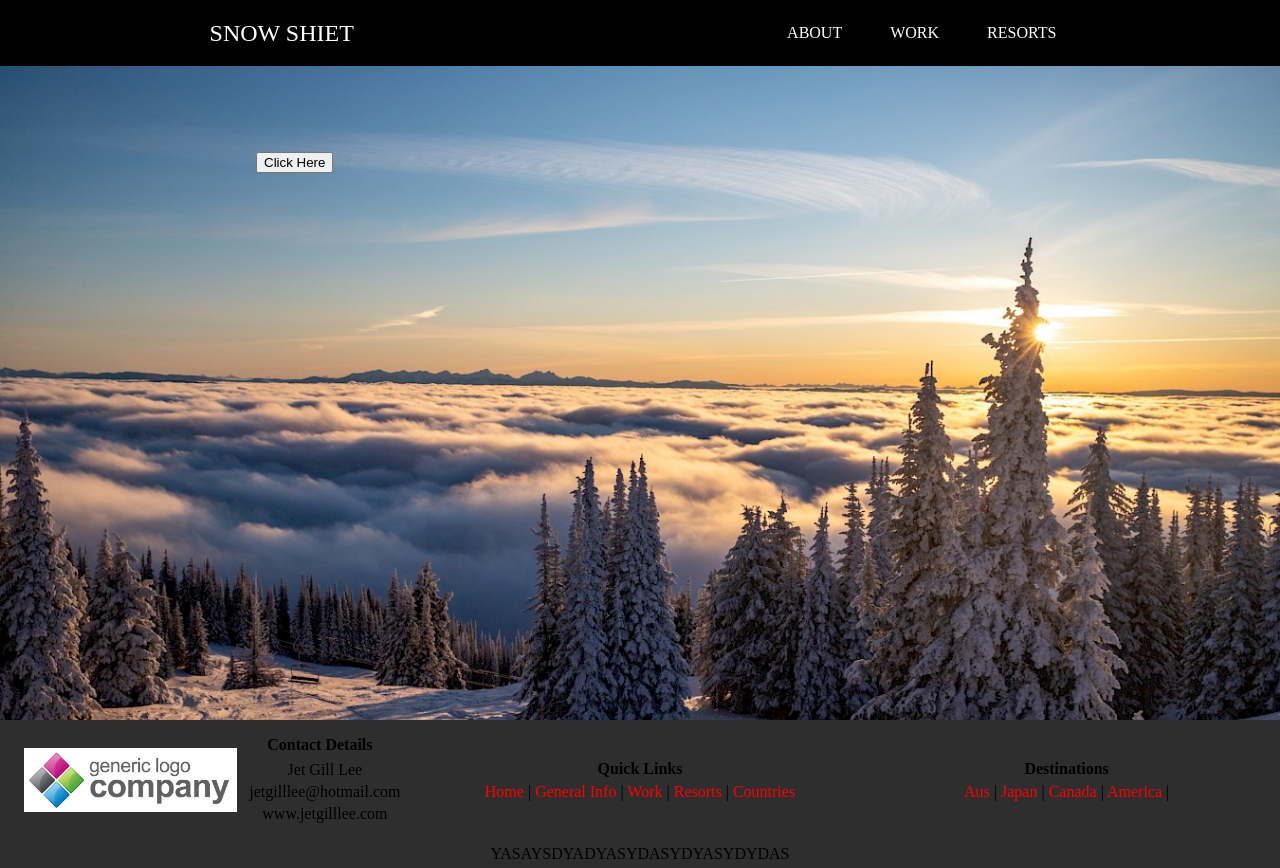
Repository: Jet-Gill-Lee/SnowSite
Page: index.html
These files come from the project's save history. The page is drawn as it stood at one moment and after the next save; the edit follows.
The browser window is 1280 px wide. The pictures show the whole page.

Above is the page before, as saved 2021-07-24 18:28:33.
Console error: TypeError: Cannot read properties of null (reading 'addEventListener')

After the next save:
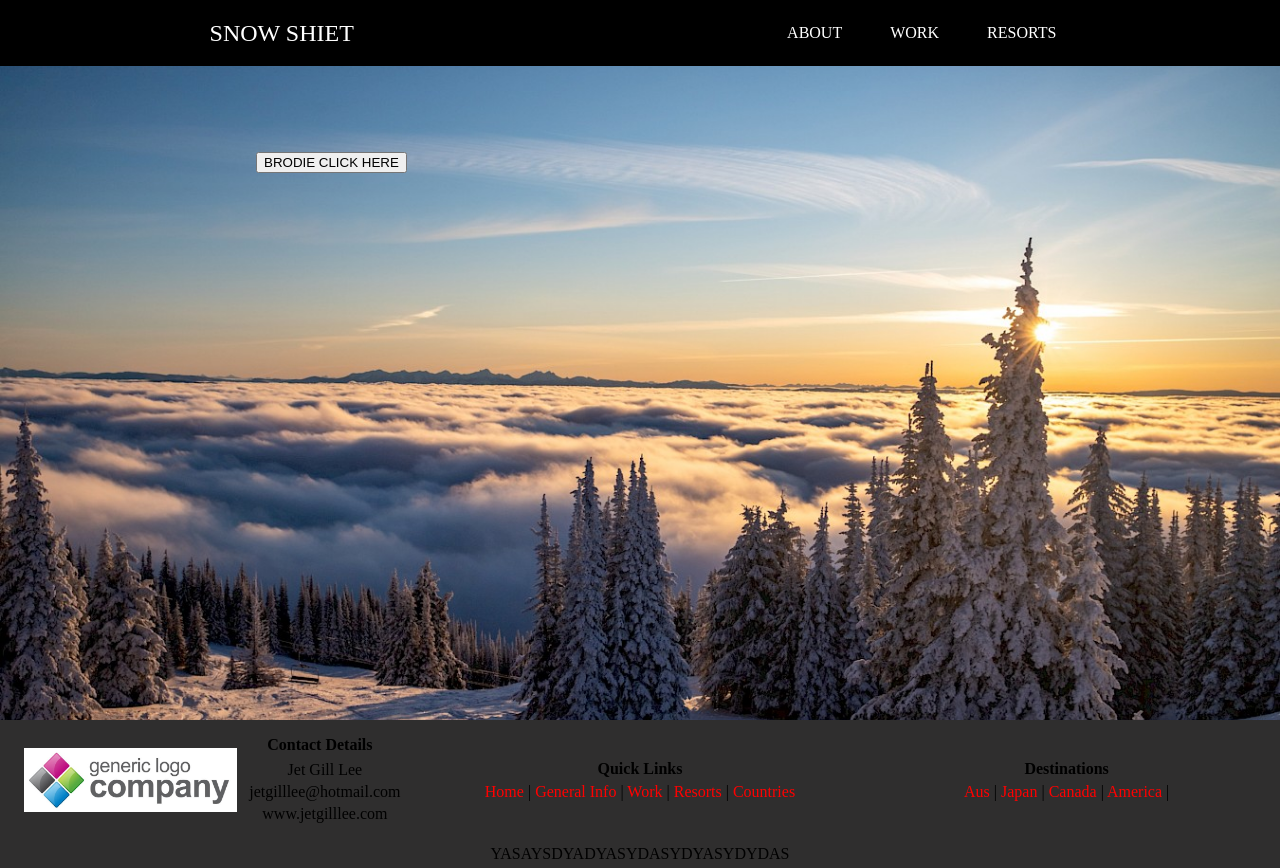
The error is gone.
Saved 5 s later.
--- a/index.html
+++ b/index.html
@@ -26,7 +26,7 @@
       </div>
     </div>
     <div class="hero-content">
-      <button id='button'>Click Here</button>
+      <button id='brodie-button'>BRODIE CLICK HERE</button>
       <div class="hero-flex-item hero-text">
         TAGLINE <br>
         <span>LMAO BRODIE YOU ARE A BITCH </span>
